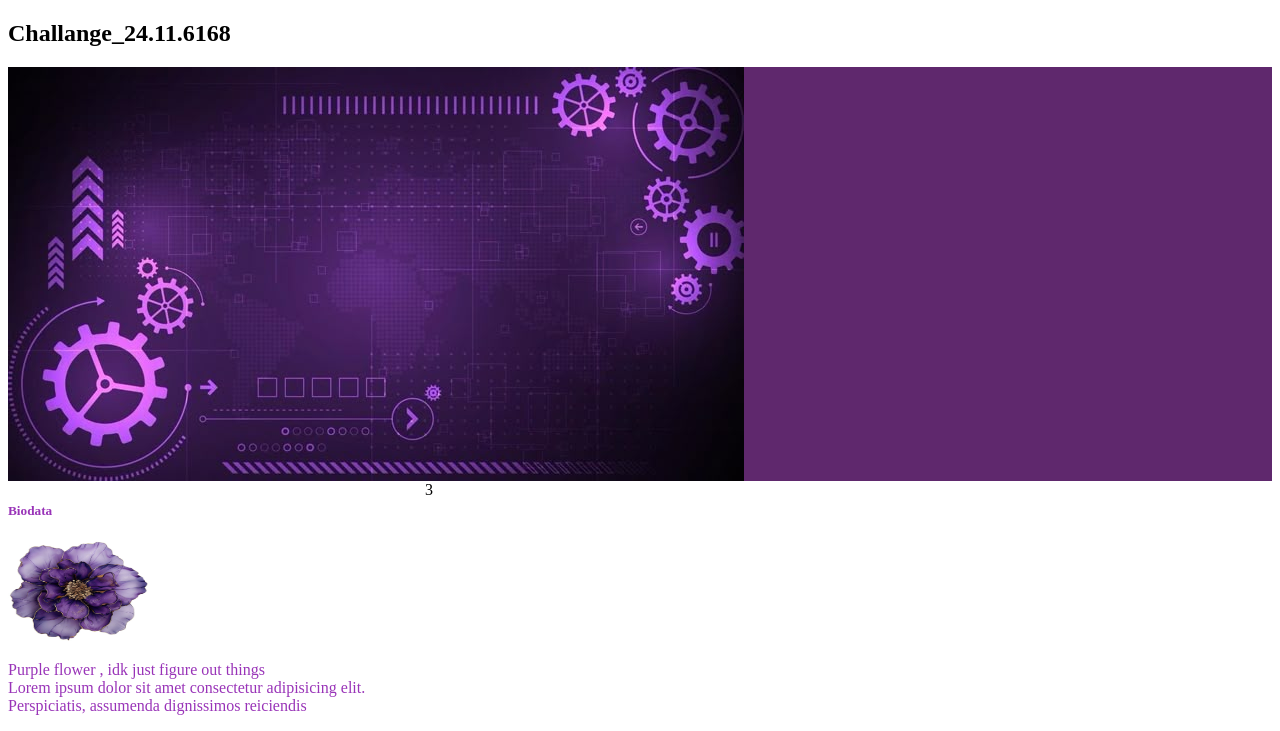
Repository: Ms-Ulfiyahrustam/p5_pemogramanweb
Page: index.html
An editor plug-in stored every save of this project. The page is shown before and after the next save, followed by the edit.
The browser window is 1280 px wide. The pictures show the whole page.

Above is the page before, as saved 2026-04-27 09:20:49.

### index.html
<!DOCTYPE html>
<html lang="en">
<head>
    <meta charset="UTF-8">
    <meta name="viewport" content="width=device-width, initial-scale=1.0">
    <link rel="stylesheet" href="style.css">
    <title>Document</title>
</head>
<body class="">
    <h2>Challange_24.11.6168</h2>
    <div class="flex-container">
        <img src="download.jpg" alt="">
    </div>
    <div class="leftside">
        <h5>Biodata</h5>
        <img src="purple.jpg" alt="" width="140" height="100" >
        <p>Purple flower , idk just figure out things <br>
            Lorem ipsum dolor sit amet consectetur adipisicing elit. Perspiciatis, assumenda dignissimos reiciendis  <br>
        </p>
    </div>
    <div>3</div>
</body>
</html>

### style.css




.flex-container{
    display: flex;
    background-color: rgb(95, 40, 109);
    margin: auto;
}

.leftside{
    width:33%;
    float:left;
    color: rgb(153, 52, 184);

}

After the next save:
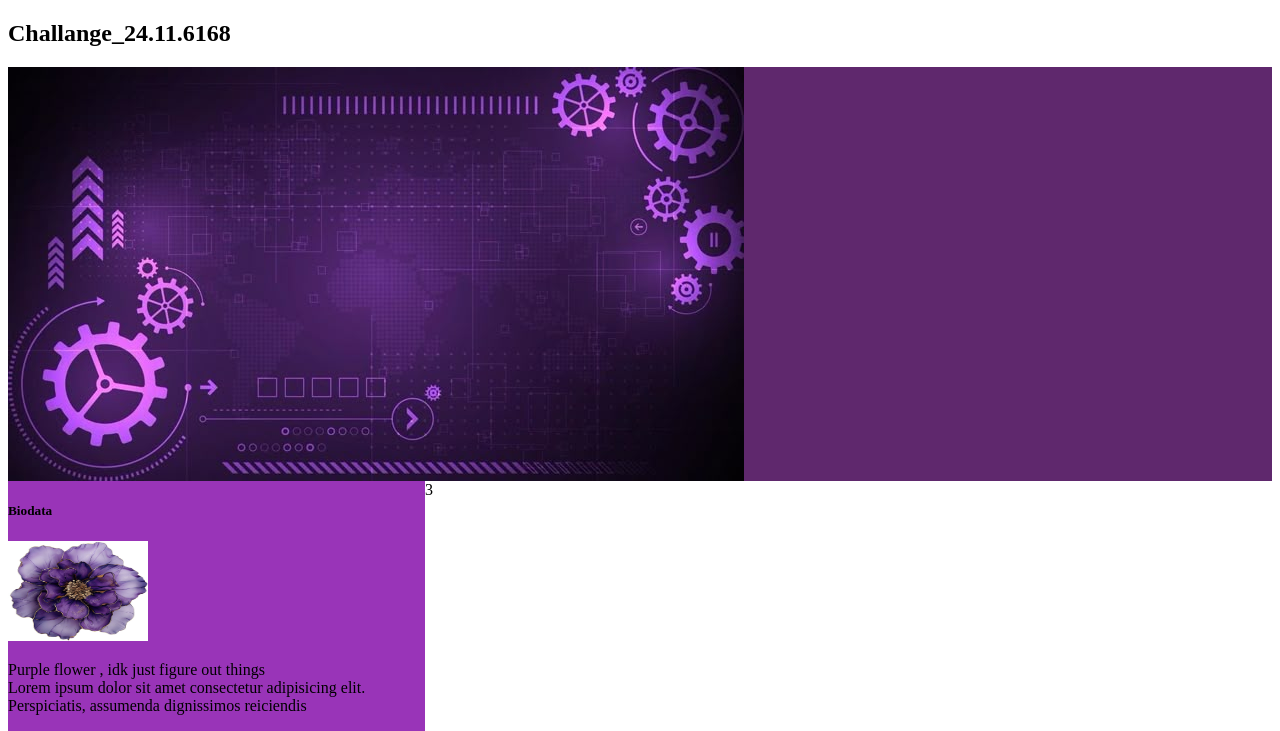
Saved 89 s later.
--- a/style.css
+++ b/style.css
@@ -11,6 +11,11 @@
 .leftside{
     width:33%;
     float:left;
-    color: rgb(153, 52, 184);
+    background-color: rgb(153, 52, 184);
 
 }
+
+
+.midplace{
+    background-color: rgb(rgb(132, 107, 221), rgb(170, 220, 233), rgb(130, 130, 255))
+}
